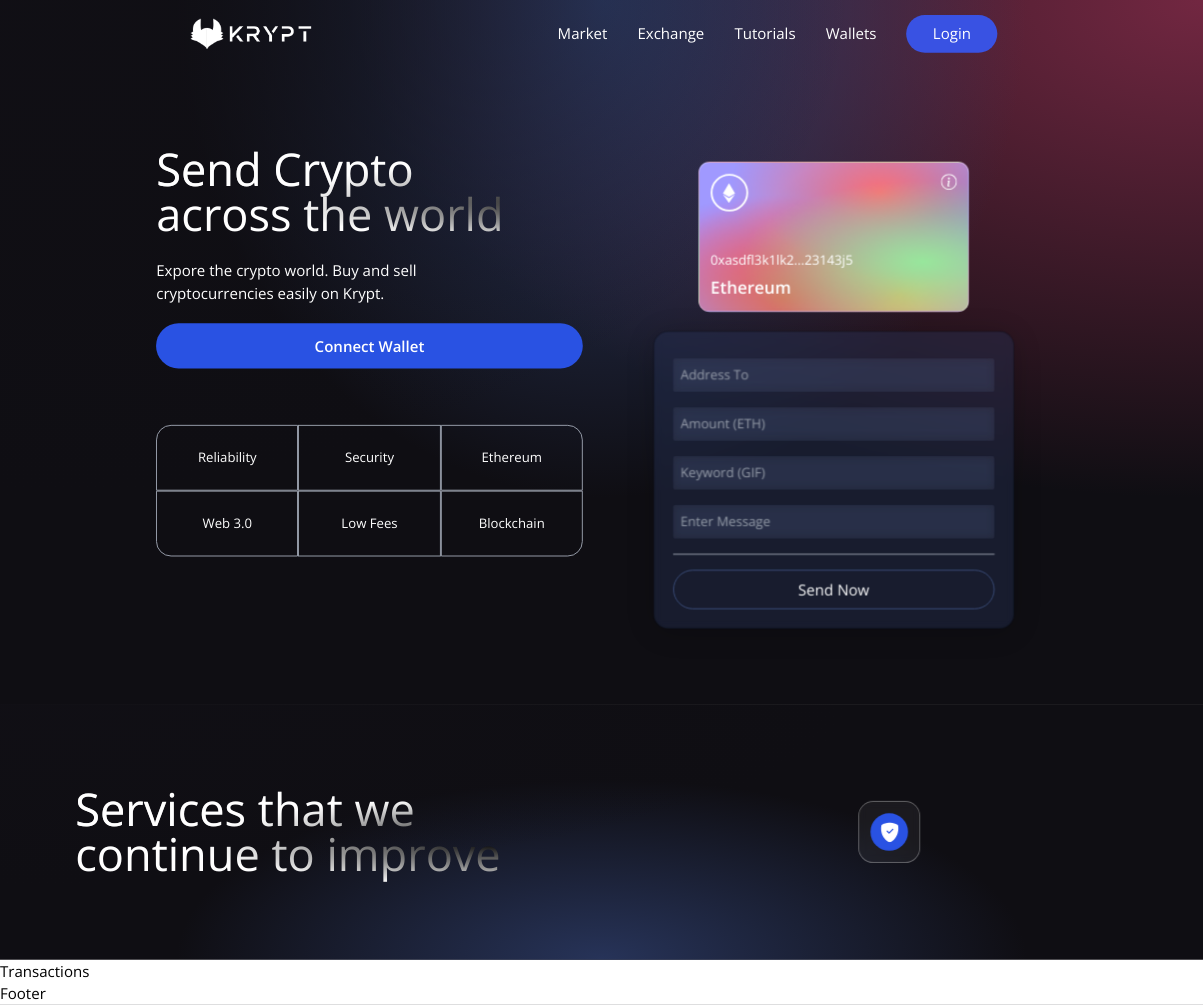
Repository: stephan-chiorean/krypt
Page: / (app in client/)
The author's editor kept a copy of each file at every save. The page is drawn from the files as they stood at one save, then again after the next save.
The browser window is 1280 px wide. The pictures show the whole page, at 94% of full size.
The project was rebuilt for these pictures with package versions that can differ from the ones it lists, and the page was loaded fresh each time. Also part of the build but not shown: client/vite.config.js, client/src/components/Loader.jsx.

Above is the page before, as saved 2023-03-29 19:13:43.

### client/src/main.jsx
import React from 'react'
import ReactDOM from 'react-dom/client'
import App from './App'
import {TransactionProvider} from './context/TransactionContext';
import './index.css'

ReactDOM.createRoot(document.getElementById('root')).render(
  <TransactionProvider>
  <React.StrictMode>
    <App />
  </React.StrictMode>
  </TransactionProvider>,
)

### client/src/App.jsx
import {Navbar, Welcome, Footer, Services, Transactions} from './components';

const App = () => {

  return (
    <div className="min-h-screen">
      <div className="gradient-bg-welcome">
        <Navbar/>
        <Welcome/>
      </div>
      <Services/>
      <Transactions/>
      <Footer/>
    </div>
  )
}

export default App

### client/src/context/TransactionContext.jsx
import React, { useState, useEffect } from 'react';
import * as ethers from 'ethers';
import { contractABI, contractAddress } from '../utils/constants';

export const TransactionContext = React.createContext();

const { ethereum } = window;

const getEthereumContract = () => {
    console.log(ethers)
  const provider = new ethers.providers.Web3Provider(ethereum);
  const signer = provider.getSigner();
  const transactionContract = new ethers.Contract(
    contractAddress,
    contractABI,
    signer
  );

  return transactionContract;

//   console.log({
//     provider,
//     signer,
//     transactionContract,
//   });
};

export const TransactionProvider = ({ children }) => {
  const [connectedAccount, setConnectedAccount] = useState('');
  const [formData, setFormData] = useState({ addressTo: '', amount: 0, keyword: '', message: ''});
  const [isLoading, setIsLoading] = useState(false);
  const [transactionCount, setTransactionCount] = useState(localStorage.getItem('transactionCount'));

  const handleChange = (e, name) => {
    setFormData((prevState) => ({...prevState, [name]: e.target.value}));
  }

  const checkIfWalletIsConnected = async () => {
    try {
      if (!ethereum) return alert('Please install metamask');

      const accounts = await ethereum.request({ method: 'eth_accounts' });
      if (accounts.length) {
        setConnectedAccount(accounts[0]);
      } else {
        console.log('No accounts found');
      }
      console.log(accounts);
    } catch (err) {
      console.error(err);
      throw new Error('No ethereum object');
    }
  };

  const connectWallet = async () => {
    try {
      if (!ethereum) return alert('Please install metamask');

      const accounts = await ethereum.request({
        method: 'eth_requestAccounts',
      });

      setConnectedAccount(accounts[0]);
      console.log('CONNECTED', connectedAccount);
    } catch (err) {
      console.error(err);
      throw new Error('No ethereum object.');
    }
  };

  const sendTransaction = async() => {
    try {
        if(!ethereum) return alert("Please install metamask");
        const {addressTo, amount, keyword, message} = formData;
        const transactionContract = getEthereumContract();
        const parsedAmount = ethers.utils.parseEther(amount);

        await ethereum.request({
            method: 'eth_sendTransaction',
            params: [{
                from: connectedAccount,
                to: addressTo,
                gas: '0x5208', //21000 gwei
                value: parsedAmount._hex,
            }]
        })

        const transactionHash = await transactionContract.addToBlockchain(addressTo, parsedAmount, message, keyword);
        setIsLoading(true);
        console.log(`Loading - ${transactionHash.hash}`);
        await transactionHash.wait();
        setIsLoading(false);
        console.log(`Success - ${transactionHash.hash}`)

        const transactionCount = await transactionContract.getTransactionCount();
        setTransactionCount(transactionCount.toNumber())


    } catch(err) {
        console.error(err);
    }
  }

  useEffect(() => {
    checkIfWalletIsConnected();
  }, []);
  return (
    <TransactionContext.Provider value={{ connectWallet, connectedAccount, formData, setFormData, handleChange, sendTransaction }}>
      {children}
    </TransactionContext.Provider>
  );
};

### client/src/components/index.js
export {default as Loader} from './Loader';
export {default as Navbar} from './Navbar';
export {default as Footer} from './Footer';
export {default as Welcome} from './Welcome';
export {default as Transactions} from './Transactions';
export {default as Services} from './Services';

### client/src/utils/constants.js
import abi from './Transactions.json';

export const contractABI = abi.abi;
export const contractAddress = '0x48d319b761e733246BF575C86d399bB8EDdA6dEf';

### client/src/components/Navbar.jsx
import { HiMenuAlt4 } from 'react-icons/hi';
import { AiOutlineClose } from 'react-icons/ai';
import { useState } from 'react';

import logo from '../../images/logo.png';

const NavbarItem = ({ title, classProps }) => {
  return <li className={`mx-4 cursor-pointer ${classProps}`}>{title}</li>;
};
export default () => {
  const [toggleMenu, setToggleMenu] = useState(false);
  return (
    <nav className='w-full flex md:justify-center justify-between items-center p-4'>
      <div className='md:flex-[0.5] flex-initial justify-center items-center'>
        <img src={logo} alt='logo' className='w-32 cursor-pointer' />
      </div>
      <ul className='text-white md:flex hidden list-none flex-row justify-between items-center flex-initial'>
        {['Market', 'Exchange', 'Tutorials', 'Wallets'].map((item, index) => (
          <NavbarItem key={item + index} title={item} />
        ))}
        <li className='bg-[#3952e3] py-2 px-7 mx-4 rounded-full cursor-pointer hover:bg-[#2546bd]'>
          Login
        </li>
      </ul>
      <div className='flex relative'>
        {toggleMenu ? (
          <AiOutlineClose
            fontSize={28}
            className='text-white md:hidden cursor-pointer'
            onClick={() => setToggleMenu(false)}
          />
        ) : (
          <HiMenuAlt4
            fontSize={28}
            className='text-white md:hidden cursor-pointer'
            onClick={() => setToggleMenu(true)}
          />
        )}
        {toggleMenu && (
          <ul className="z-10 fixed top-0 -right-2 p-3 w-[70vw] h-screen shadow-2xl md:hidden list-none flex flex-col justify-start items-end rounded-md blue-glassmorphism text-white animate-slide-in">
            <li className='text-xl w-full my-2'>
              <AiOutlineClose onClick={() => setToggleMenu(false)} className="cursor-pointer"/>
            </li>
            {['Market', 'Exchange', 'Tutorials', 'Wallets'].map(
              (item, index) => (
                <NavbarItem key={item + index} title={item} classProps="my-2 text-lg"/>
              )
            )}
          </ul>
        )}
      </div>
    </nav>
  );
};

### client/src/components/Footer.jsx
import React from 'react'

export default() => {
  return (
    <div>Footer</div>
  )
}

### client/src/components/Welcome.jsx
import { AiFillPlayCircle } from 'react-icons/ai';
import { SiEthereum } from 'react-icons/si';
import { BsInfoCircle } from 'react-icons/bs';
import { TransactionContext } from '../context/TransactionContext';
import React, { useContext } from 'react';
import { Loader } from './';
const commonStyles =
  'min-h-[70px] sm:px-0 px-2 sm:min-w-[120px] flex justify-center items-center border-[0.5px] border-gray-400 text-sm font-light text-white';

const Input = ({ placeholder, name, type, value, handleChange }) => (
  <input
    placeholder={placeholder}
    type={type}
    step='0.0001'
    value={value}
    onChange={(e) => handleChange(e, name)}
    className='my-2 w-full rounded-sm p-2 outline-none text-white border-none text-sm white-glassmorphism'
  />
);
export default () => {
  const {
    connectWallet,
    connectedAccount,
    formData,
    sendTransaction,
    handleChange,
  } = useContext(TransactionContext);
  const handleSubmit = (e) => {
    const { addressTo, amount, keyword, message } = formData;
    e.preventDefault();

    if (!addressTo || !amount || !keyword || !message) return;
    sendTransaction();
  };
  return (
    <div className='flex w-full justify-center items-center'>
      <div className='flex md:flex-row flex-col itesm-start justify-between md:p-20 py-12 px-4'>
        <div className='flex flex-1 justify-start flex-col md:mr-10'>
          <h1 className='text-3xl sm:text-5xl text-white text-gradient py-1'>
            Send Crypto <br /> across the world
          </h1>
          <p className='text-left mt-5 text-white font-light md:w-9/12 w-11/12 text-base'>
            Expore the crypto world. Buy and sell cryptocurrencies easily on
            Krypt.
          </p>
          {!connectedAccount && (
            <button
              type='button'
              onClick={connectWallet}
              className='flex flex-row justify-center items-center my-5 bg-[#2952e3] p-3 rounded-full cursor-pointer hover:bg-[#2546bd]'
            >
              <p className='text-white text-base font-semibold'>
                Connect Wallet
              </p>
            </button>
          )}

          <div className='grid sm:grid-cols-3 grid-cols-2 w-full mt-10'>
            <div className={`rounded-tl-2xl ${commonStyles}`}>Reliability</div>
            <div className={commonStyles}>Security</div>
            <div className={`sm:rounded-tr-2xl ${commonStyles}`}>Ethereum</div>
            <div className={`sm:rounded-bl-2xl ${commonStyles}`}>Web 3.0</div>
            <div className={commonStyles}>Low Fees</div>
            <div className={`rounded-br-2xl ${commonStyles}`}>Blockchain</div>
          </div>
        </div>

        <div className='flex flex-col flex-1 items-center justify-start w-full md:mt-0 mt-10'>
          <div className='p-3 justify-end items-start flex-col rounded-xl h-40 sm:w-72 w-full my-5 eth-card white-glassmorphism'>
            <div className='flex justify-between flex-col w-full h-full'>
              <div className='flex justify-between items-start'>
                <div className='w-10 h-10 rounded-full border-2 border-white flex justify-center items-center'>
                  <SiEthereum fontSize={21} color='#fff' />
                </div>
                <BsInfoCircle fontSize={17} color='#fff' />
              </div>
              <div>
                <p className='text-white font-light text-sm'>
                  0xasdfl3k1lk2...23143j5
                </p>
                <p className='text-white font-semibold text-lg mt-1'>
                  Ethereum
                </p>
              </div>
            </div>
          </div>

          <div className='p-5 sm:w-96 w-full flex flex-col justify-start items-center blue-glassmorphism'>
            <Input
              placeholder='Address To'
              name='addressTo'
              type='text'
              handleChange={handleChange}
            />
            <Input
              placeholder='Amount (ETH)'
              name='amount'
              type='number'
              handleChange={handleChange}
            />
            <Input
              placeholder='Keyword (GIF)'
              name='keyword'
              type='text'
              handleChange={handleChange}
            />
            <Input
              placeholder='Enter Message'
              name='message'
              type='text'
              handleChange={handleChange}
            />
            <div className='h-[1px] w-full bg-gray-400 my-2' />
            {false ? (
              <Loader />
            ) : (
              <button
                type='submit'
                onClick={handleSubmit}
                className='text-white w-full mt-2 border-[1px] p-2 border-[#3d4f7c] rounded-full cursor-pointer'
              >
                Send Now
              </button>
            )}
          </div>
        </div>
      </div>
    </div>
  );
};

### client/src/components/Transactions.jsx
import React from 'react'

export default() => {
  return (
    <div>Transactions</div>
  )
}

### client/src/components/Services.jsx
import React from 'react';
import { BsShieldFillCheck } from 'react-icons/bs';
import { BiSearchAlt } from 'react-icons/bi';
import { RiHeart2Fill } from 'react-icons/ri';

const ServiceCard = ({color, title, icon, subtitle}) => (
  <div className='flex flex-row justify-start items-center white-glassmorphism p-3 m-2 cursor-pointer hover:shadow-xl'>
    <div className={`w-10 h-10 rounded-full flex justify-center items-center ${color}`}>
      {icon}

    </div>
  </div>
);
export default () => {
  return (
    <div className='flex w-full justify-center items-center gradient-bg-services'>
      <div className='flex md:flex-row flex-col items-center justify-between md:p-20 py-12 px-4'>
        <div className='flex-1 flex flex-col justify-start items-start'>
          <h1 className='text-white text-3xl sm:text-5xl py-2 text-gradient'>
            Services that we
            <br />
            continue to improve
          </h1>
        </div>
      </div>
      <div className='flex-1 flex flex-col justify-start items-center'>
        <ServiceCard
          color='bg-[#2952e3]'
          title='Security Guaranteed'
          icon={<BsShieldFillCheck fontSize={21} className='text-white' />}
          subtitle="Security is guaranteed. We always maintain privacy and maintain the quality of our products."
        />
      </div>
    </div>
  );
};

Loaded but not shown: client/index.html (common file); client/src/index.css (common file); client/tailwind.config.js (common file); client/src/utils/Transactions.json (140 lines, source omitted)

After the next save:
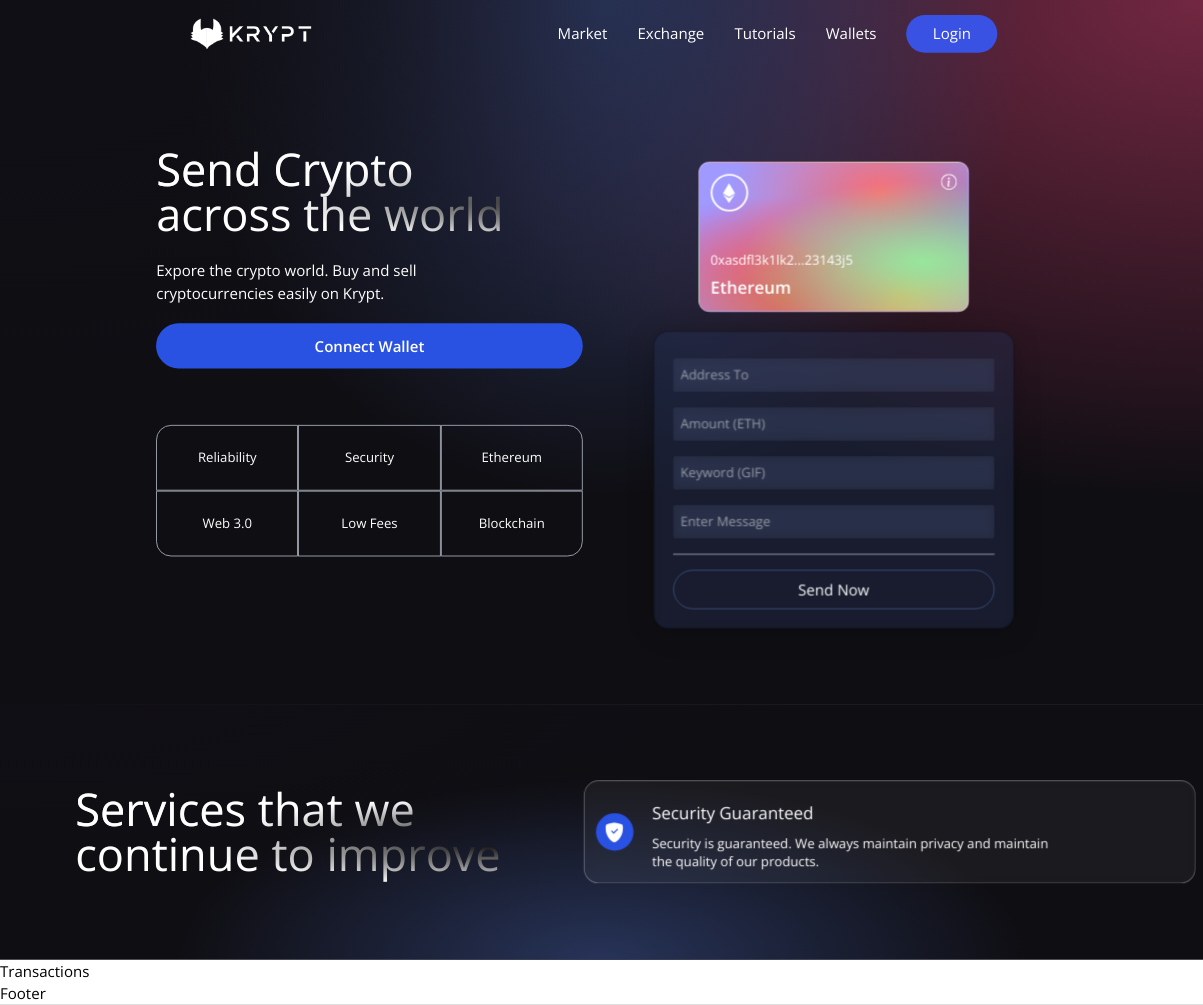
Saved 98 s later.
--- a/client/src/components/Services.jsx
+++ b/client/src/components/Services.jsx
@@ -8,6 +8,10 @@ const ServiceCard = ({color, title, icon, subtitle}) => (
     <div className={`w-10 h-10 rounded-full flex justify-center items-center ${color}`}>
       {icon}
 
+    </div>
+    <div className="ml-5 flex flex-col flex-1">
+      <h1 className="mt-2 text-white text-lg">{title}</h1>
+      <p className="mt-2 text-white text-sm md:w-9/12">{subtitle}</p>
     </div>
   </div>
 );
